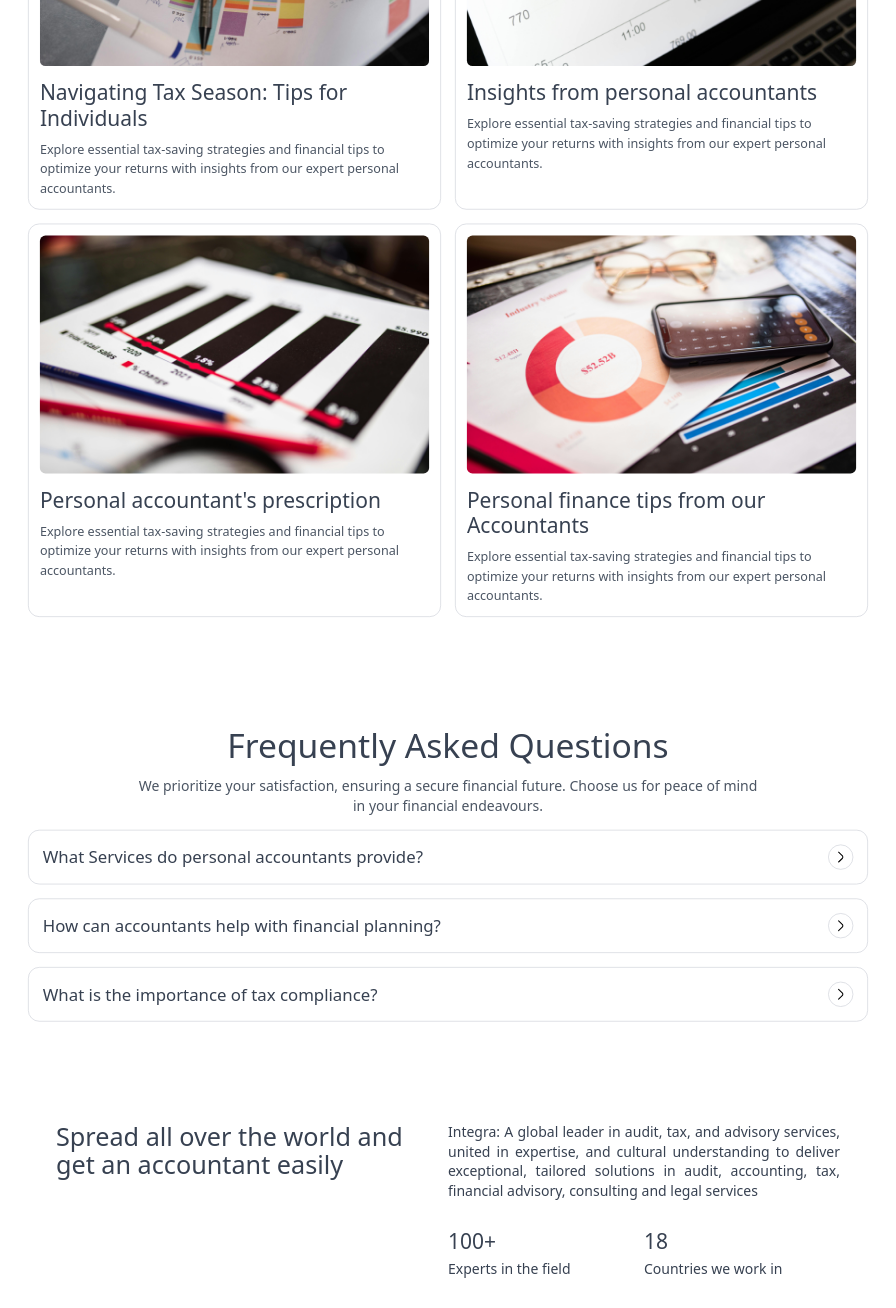
Repository: vespersolutionspk18/integrast-website
Page: /
An editor plug-in stored every save of this project. The page is shown before and after the next save, followed by the edit.
The browser window is 1280 px wide. The pictures show the part of the page from y = 2348 to 4268 px (the page is 4216 px tall before and 4268 px after), at 70% of full size.
The project was rebuilt for these pictures with package versions that can differ from the ones it lists, and the page was loaded fresh each time. The framework's server and built-in components were replaced by stand-ins that run in the browser. Also part of the build but not shown: next.config.ts.

Above is the page before, as saved 2024-12-12 14:47:01.

After the next save:
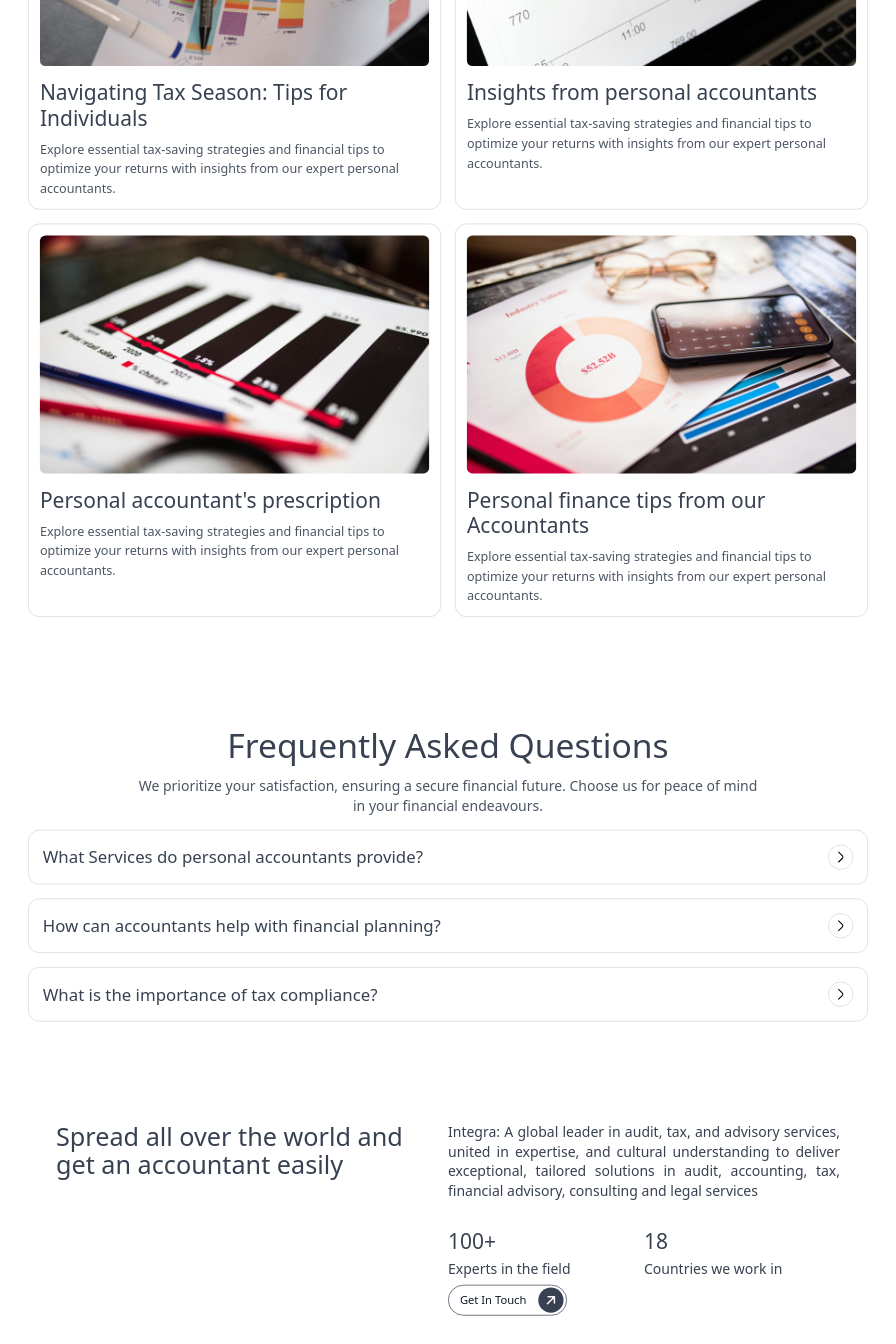
Saved 19 s later.
--- a/app/GetinTouchSection.tsx
+++ b/app/GetinTouchSection.tsx
@@ -17,6 +17,15 @@ const GetinTouchSection = () => {
         <div className="w-1/2 flex flex-col gap-2">
         <h5 className="font-sans font-light text-3xl text-gray-700">100+</h5>
         <p className="font-sans font-light text-xl text-gray-700">Experts in the field</p>
+        <div id="button"
+  className="group  bg-white h-[44px] flex-row border-[1px] border-gray-700 text-gray-900 text-[16px] py-1 px-1 font-light rounded-full hidden md:flex items-center justify-between w-[170px] transition-width duration-500 ease-in-out  hover:w-[195px] hover:bg-gray-700 hover:border-gray-700 hover:text-white hover:cursor-pointer "
+
+>
+  <div className="mx-3 font-sans font-regular">Get In Touch</div>
+  <div className="bg-gray-700 rounded-full h-[36px] w-[36px] flex items-center justify-center transition-transform duration-500 ease-in-out group-hover:rotate-45">
+    <ButtonArrowwhite className="h-[24px] w-[24px]" />
+  </div>
+            </div>
         </div>
         <div className="w-1/2 flex flex-col gap-2">
         <h5 className="font-sans font-light text-3xl text-gray-700">18</h5>
